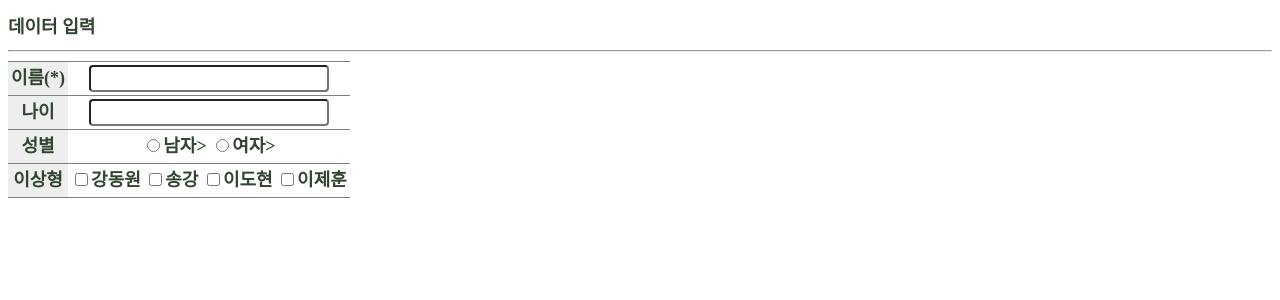
Repository: hyyrim/WebStudy
Page: http://localhost/WebApp18/Friend.jsp
The author's editor kept a copy of each file at every save. The page is drawn from the files as they stood at one save, then again after a run of saves.
The browser window is 1280 px wide. The pictures show the whole page.
The page is served by Tomcat 9.

Above is the page before, as saved 2021-05-20 06:42:51.

After the next 2 saves:
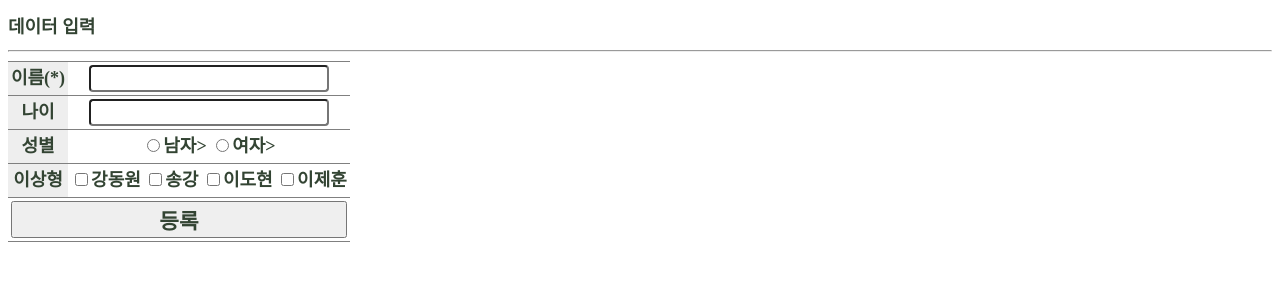
The 2 saves are shown as one change because they came seconds apart.
The last was saved 48 s later.
--- a/WebApp18/WebContent/Friend.jsp
+++ b/WebApp18/WebContent/Friend.jsp
@@ -57,6 +57,12 @@
 					</label>
 				</td>
 			</tr>
+			<tr>
+				<td colspan="2">
+					<button type="button" onclick="sendIt()" class="btn"
+					style="width: 100%; font-size: 16pt;">등록</button>
+				</td>
+			</tr>
 		</table>
 	</form>
 </div>
